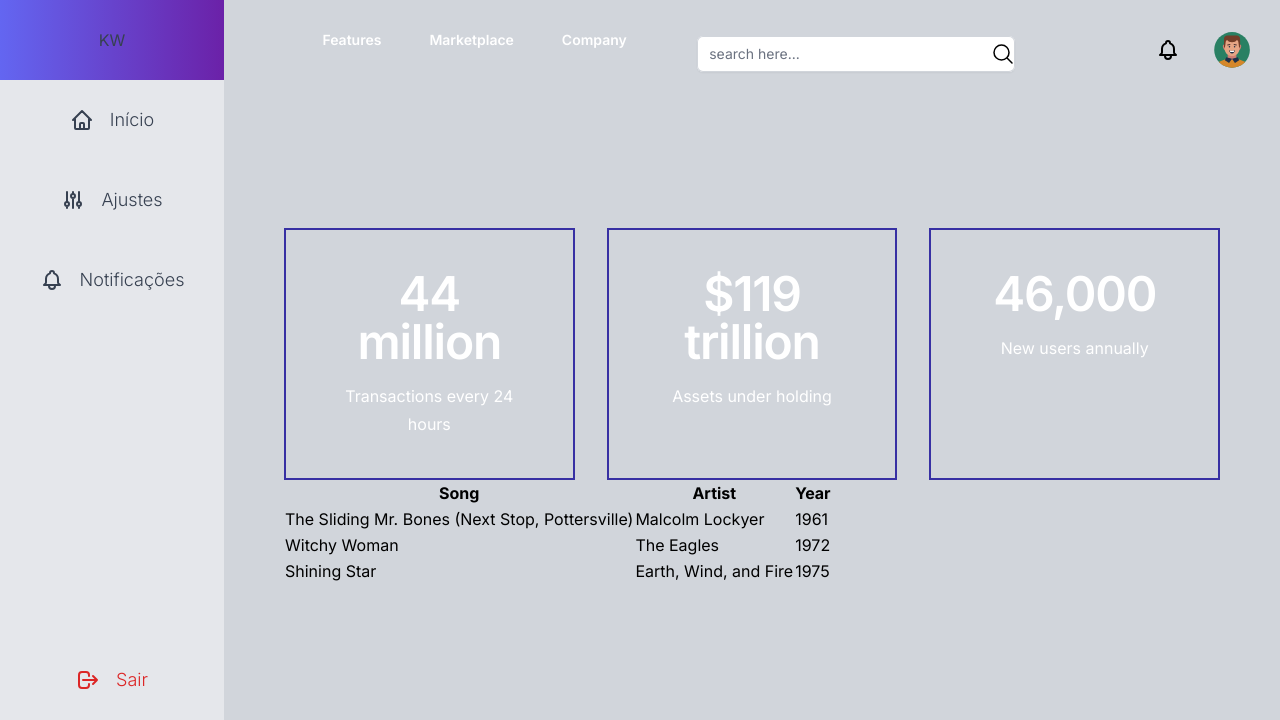
Repository: KennedyWanderson/AdminDashboard
Page: / (app in Code/admindashboard/)
An editor plug-in stored every save of this project. The page is shown before and after the next save, followed by the edit.
The browser window is 1280 px wide. The pictures show the whole page.
The project was rebuilt for these pictures with package versions that can differ from the ones it lists, and the page was loaded fresh each time. The framework's server and built-in components were replaced by stand-ins that run in the browser. Also part of the build but not shown: Code/admindashboard/next.config.mjs.

Above is the page before, as saved 2024-06-23 15:48:21.

### Code/admindashboard/src/app/layout.js
import { Inter } from "next/font/google";
import "./globals.css";

const inter = Inter({ subsets: ["latin"] });

export const metadata = {
  title: "Admin Dashboard",
  description: "Generated by Kennedy Wanderson",
};

export default function RootLayout({ children }) {
  return (
    <html lang="en">
      <body className={inter.className}>{children}</body>
    </html>
  );
}

### Code/admindashboard/src/app/page.js
import Layout from "@/components/Layout";

export default function Home() {
  return (
    <Layout>
      Content
    </Layout>
  )
}

### Code/admindashboard/src/components/Layout.jsx
"use client";

import { useState } from "react";
import Content from "./Content";
import Header from "./Header";
import LateralMenu from "./LateralMenu";
import HomePage from "./Home";


export default function Layout() {
    const [activeComponent, setActiveComponent] = useState("HomePage");

    const renderActiveComponent = () => {
        switch (activeComponent) {
            case "HomePage":
                return <HomePage />;
            default:
                return <HomePage />;
        }
    };

    return (
        <div className={`flex h-screen w-screen`}>
            <LateralMenu setActiveComponent={setActiveComponent} />
            <div className={`
                flex flex-col w-full p-7
                bg-gray-300 dark:bg-gray-800
            `}>
                <Header />
                <Content>
                    {renderActiveComponent()}
                </Content>
            </div>
        </div>
    );
}

### Code/admindashboard/src/components/Content.jsx
export default function Content({ children }) {
    return (
        <div className={`
            flex flex-col mt-7
            dark:text-gray-200
        `}>
            {children}
        </div>
    );
}

### Code/admindashboard/src/components/Header.jsx
import AvatarUsuario from "./UserAvatar";
import { IconeSearch, IconeSino } from "./icons";

export default function Header({ titulo, subtitulo }) {


    return (
        <div className={`flex`}>
            <div>
                <h1 className={`
                font-black text-3xl
                text-gray-900 dark:text-gray-100
            `}>
                    {titulo}
                </h1>
                <h2 className={`
                font-light text-sm
                dark:text-gray-300
            `}>
                    {subtitulo}
                </h2>
            </div>
            <header className="flex flex-grow justify-center text-white">
                <nav className=" justify-center" aria-label="Global">

                    <div className="hidden lg:flex lg:gap-x-12">

                        <a href="#" className="text-sm font-semibold leading-6 text-white">Features</a>
                        <a href="#" className="text-sm font-semibold leading-6 text-white">Marketplace</a>
                        <a href="#" className="text-sm font-semibold leading-6 text-white">Company</a>
                    </div>


                </nav>

            </header>
            <div>
                <div className="relative mt-2 rounded-md shadow-sm">
                    <div className="pointer-events-none absolute inset-y-0 left-0 flex items-center pl-3">
                        <span className="text-gray-500 sm:text-sm">search here...</span>
                    </div>
                    <input type="text" name="search" id="search" className="block w-full rounded-md border-0 py-1.5 pl-7 pr-20 text-gray-900 ring-1 ring-inset ring-gray-300 placeholder:text-gray-400 focus:ring-2 focus:ring-inset focus:ring-indigo-600 sm:text-sm sm:leading-6" />
                    <div className="absolute inset-y-0 right-0 flex items-center">
                        {IconeSearch}
                    </div>
                </div>
            </div>

            <div className={`flex flex-grow justify-end items-center gap-8`}>

                {IconeSino}
                <AvatarUsuario />
            </div>
        </div>
    )
}

### Code/admindashboard/src/components/LateralMenu.jsx
"use client";

import MenuItem from "./ItemMenu";
import { IconeAjustes, IconeCasa, IconeSair, IconeSino } from "./icons";

export default function LateralMenu({ setActiveComponent }) {
    return (
        <aside className={`
            flex flex-col items-center
            bg-gray-200 text-gray-700
            dark:bg-gray-900
        `}>
            <div className={`
                flex flex-col items-center justify-center
                bg-gradient-to-r from-indigo-500 to-purple-800
                h-20 w-56
            `}>
                KW
            </div>
            <ul className="flex-grow">
                <MenuItem
                    texto="Início"
                    icone={IconeCasa}
                    onClick={() => setActiveComponent('HomePage')}
                />
                <MenuItem
                    texto="Ajustes"
                    icone={IconeAjustes}
                    onClick={() => setActiveComponent('Ajustes')}
                />
                <MenuItem
                    texto="Notificações"
                    icone={IconeSino}
                    onClick={() => setActiveComponent('Notificacoes')}
                />
            </ul>
            <ul>
                <MenuItem
                    texto="Sair"
                    icone={IconeSair}
                    className={`
                        text-red-600 dark:text-red-400
                        hover:bg-red-400 hover:text-white
                        dark:hover:text-white
                    `}
                />
            </ul>
        </aside>
    );
}

### Code/admindashboard/src/components/Home.jsx


export default function HomePage() {
    return (
        <div className=" py-24 sm:py-32">
            <div className="mx-auto max-w-7xl px-6 lg:px-8">
                <dl className="grid grid-cols-1 gap-x-8 gap-y-16 text-center lg:grid-cols-3">
                    <div className="mx-auto flex max-w-xs flex-col w-full border-2 p-10 border-indigo-800 gap-y-4">
                        <dt className="text-base leading-7 text-white">Transactions every 24 hours</dt>
                        <dd className="order-first text-3xl font-semibold tracking-tight text-white sm:text-5xl">44 million</dd>
                    </div>
                    <div className="mx-auto flex max-w-xs flex-col w-full border-2 p-10 border-indigo-800 gap-y-4">
                        <dt className="text-base leading-7 text-white">Assets under holding</dt>
                        <dd className="order-first text-3xl font-semibold tracking-tight text-white sm:text-5xl">$119 trillion</dd>
                    </div>
                    <div className="mx-auto flex max-w-xs flex-col w-full border-2 p-10 border-indigo-800 gap-y-4">
                        <dt className="text-base leading-7 text-white">New users annually</dt>
                        <dd className="order-first text-3xl font-semibold tracking-tight text-white sm:text-5xl">46,000</dd>
                    </div>
                </dl>

                <table className="table-auto">
                    <thead>
                        <tr>
                            <th>Song</th>
                            <th>Artist</th>
                            <th>Year</th>
                        </tr>
                    </thead>
                    <tbody>
                        <tr>
                            <td>The Sliding Mr. Bones (Next Stop, Pottersville)</td>
                            <td>Malcolm Lockyer</td>
                            <td>1961</td>
                        </tr>
                        <tr>
                            <td>Witchy Woman</td>
                            <td>The Eagles</td>
                            <td>1972</td>
                        </tr>
                        <tr>
                            <td>Shining Star</td>
                            <td>Earth, Wind, and Fire</td>
                            <td>1975</td>
                        </tr>
                    </tbody>
                </table>
            </div>
        </div>
    )
}

### Code/admindashboard/src/components/UserAvatar.jsx


export default function AvatarUsuario({className}) {
    return (
            <img
                src={'/images/avatar.svg'}
                alt="Avatar do Usuário"
                className={`
                    h-10 w-10 rounded-full cursor-pointer
                    ${className}
                `}
            />

    )
}

### Code/admindashboard/src/components/icons/index.jsx
// Pra mais icones acessar... https://heroicons.com/

export const IconeSearch = (
    <svg xmlns="http://www.w3.org/2000/svg" fill="none" viewBox="0 0 24 24" strokeWidth={1.5} stroke="currentColor" className="size-6">
  <path strokeLinecap="round" strokeLinejoin="round" d="m21 21-5.197-5.197m0 0A7.5 7.5 0 1 0 5.196 5.196a7.5 7.5 0 0 0 10.607 10.607Z" />
</svg>


)

export const IconeCasa = (
    <svg xmlns="http://www.w3.org/2000/svg" className="h-6 w-6" fill="none" viewBox="0 0 24 24" stroke="currentColor">
        <path strokeLinecap="round" strokeLinejoin="round" strokeWidth={2} d="M3 12l2-2m0 0l7-7 7 7M5 10v10a1 1 0 001 1h3m10-11l2 2m-2-2v10a1 1 0 01-1 1h-3m-6 0a1 1 0 001-1v-4a1 1 0 011-1h2a1 1 0 011 1v4a1 1 0 001 1m-6 0h6" />
    </svg>
)

export const IconeAjustes = (
    <svg xmlns="http://www.w3.org/2000/svg" className="h-6 w-6" fill="none" viewBox="0 0 24 24" stroke="currentColor">
        <path strokeLinecap="round" strokeLinejoin="round" strokeWidth={2} d="M12 6V4m0 2a2 2 0 100 4m0-4a2 2 0 110 4m-6 8a2 2 0 100-4m0 4a2 2 0 110-4m0 4v2m0-6V4m6 6v10m6-2a2 2 0 100-4m0 4a2 2 0 110-4m0 4v2m0-6V4" />
    </svg>
)

export const IconeSino = (
    <svg xmlns="http://www.w3.org/2000/svg" className="h-6 w-6" fill="none" viewBox="0 0 24 24" stroke="currentColor">
        <path strokeLinecap="round" strokeLinejoin="round" strokeWidth={2} d="M15 17h5l-1.405-1.405A2.032 2.032 0 0118 14.158V11a6.002 6.002 0 00-4-5.659V5a2 2 0 10-4 0v.341C7.67 6.165 6 8.388 6 11v3.159c0 .538-.214 1.055-.595 1.436L4 17h5m6 0v1a3 3 0 11-6 0v-1m6 0H9" />
    </svg>
)

export const IconeSair = (
    <svg xmlns="http://www.w3.org/2000/svg" className="h-6 w-6" fill="none" viewBox="0 0 24 24" stroke="currentColor">
        <path strokeLinecap="round" strokeLinejoin="round" strokeWidth={2} d="M17 16l4-4m0 0l-4-4m4 4H7m6 4v1a3 3 0 01-3 3H6a3 3 0 01-3-3V7a3 3 0 013-3h4a3 3 0 013 3v1" />
    </svg>
)

export const IconeSol = (tamanho = 6) => (
    <svg xmlns="http://www.w3.org/2000/svg" className={`h-${tamanho} w-${tamanho}`} fill="none" viewBox="0 0 24 24" stroke="currentColor">
        <path strokeLinecap="round" strokeLinejoin="round" strokeWidth={2} d="M12 3v1m0 16v1m9-9h-1M4 12H3m15.364 6.364l-.707-.707M6.343 6.343l-.707-.707m12.728 0l-.707.707M6.343 17.657l-.707.707M16 12a4 4 0 11-8 0 4 4 0 018 0z" />
    </svg>
)

export const IconeLua = (tamanho = 6) => (
    <svg xmlns="http://www.w3.org/2000/svg" className={`h-${tamanho} w-${tamanho}`} fill="none" viewBox="0 0 24 24" stroke="currentColor">
        <path strokeLinecap="round" strokeLinejoin="round" strokeWidth={2} d="M20.354 15.354A9 9 0 018.646 3.646 9.003 9.003 0 0012 21a9.003 9.003 0 008.354-5.646z" />
    </svg>
)

export const IconeAtencao = (tamanho = 1) => (
    <svg xmlns="http://www.w3.org/2000/svg" className={`h-${tamanho} w-${tamanho}`} fill="none" viewBox="0 0 24 24" stroke="currentColor">
        <path strokeLinecap="round" strokeLinejoin="round" strokeWidth={2} d="M12 9v2m0 4h.01m-6.938 4h13.856c1.54 0 2.502-1.667 1.732-3L13.732 4c-.77-1.333-2.694-1.333-3.464 0L3.34 16c-.77 1.333.192 3 1.732 3z" />
    </svg>
)

### Code/admindashboard/src/components/ItemMenu.jsx

export default function MenuItem({ texto, icone, url, className, onClick }) {
    function renderizarLink() {
        return (
            <div className={`
                flex justify-center items-center
                h-20 w-56 gap-4
                dark:text-gray-200
                ${className}
            `}>
                {icone}
                <span className="text-lg font-light">
                    {texto}
                </span>
            </div>
        );
    }

    return (
        <li
            onClick={onClick}
            className={`
                hover:bg-gray-100 dark:hover:bg-gray-800
                cursor-pointer
            `}
        >
            {url ? (
                <a href={url}>
                    {renderizarLink()}
                </a>
            ) : (
                renderizarLink()
            )}
        </li>
    );
}

Loaded but not shown: Code/admindashboard/src/app/globals.css (common file); Code/admindashboard/tailwind.config.js (common file)

After the next save:
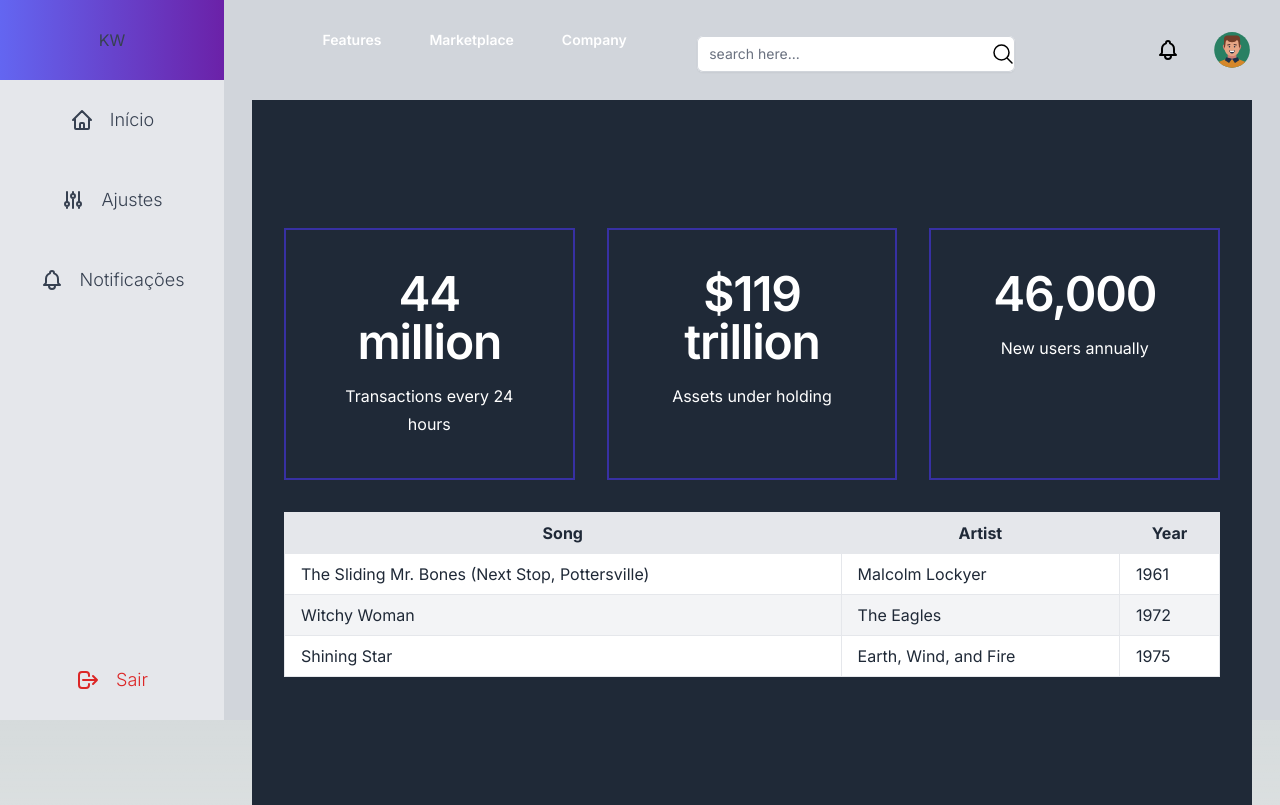
Saved 3 min 33 s later.
--- a/Code/admindashboard/src/components/Home.jsx
+++ b/Code/admindashboard/src/components/Home.jsx
@@ -1,8 +1,6 @@
-
-
 export default function HomePage() {
     return (
-        <div className=" py-24 sm:py-32">
+        <div className="py-24 sm:py-32 bg-gray-800">
             <div className="mx-auto max-w-7xl px-6 lg:px-8">
                 <dl className="grid grid-cols-1 gap-x-8 gap-y-16 text-center lg:grid-cols-3">
                     <div className="mx-auto flex max-w-xs flex-col w-full border-2 p-10 border-indigo-800 gap-y-4">
@@ -19,29 +17,29 @@ export default function HomePage() {
                     </div>
                 </dl>
 
-                <table className="table-auto">
+                <table className="table-auto w-full mt-8 bg-white text-gray-800">
                     <thead>
-                        <tr>
-                            <th>Song</th>
-                            <th>Artist</th>
-                            <th>Year</th>
+                        <tr className="bg-gray-200">
+                            <th className="px-4 py-2 border">Song</th>
+                            <th className="px-4 py-2 border">Artist</th>
+                            <th className="px-4 py-2 border">Year</th>
                         </tr>
                     </thead>
                     <tbody>
-                        <tr>
-                            <td>The Sliding Mr. Bones (Next Stop, Pottersville)</td>
-                            <td>Malcolm Lockyer</td>
-                            <td>1961</td>
+                        <tr className="even:bg-gray-100">
+                            <td className="px-4 py-2 border">The Sliding Mr. Bones (Next Stop, Pottersville)</td>
+                            <td className="px-4 py-2 border">Malcolm Lockyer</td>
+                            <td className="px-4 py-2 border">1961</td>
                         </tr>
-                        <tr>
-                            <td>Witchy Woman</td>
-                            <td>The Eagles</td>
-                            <td>1972</td>
+                        <tr className="even:bg-gray-100">
+                            <td className="px-4 py-2 border">Witchy Woman</td>
+                            <td className="px-4 py-2 border">The Eagles</td>
+                            <td className="px-4 py-2 border">1972</td>
                         </tr>
-                        <tr>
-                            <td>Shining Star</td>
-                            <td>Earth, Wind, and Fire</td>
-                            <td>1975</td>
+                        <tr className="even:bg-gray-100">
+                            <td className="px-4 py-2 border">Shining Star</td>
+                            <td className="px-4 py-2 border">Earth, Wind, and Fire</td>
+                            <td className="px-4 py-2 border">1975</td>
                         </tr>
                     </tbody>
                 </table>
